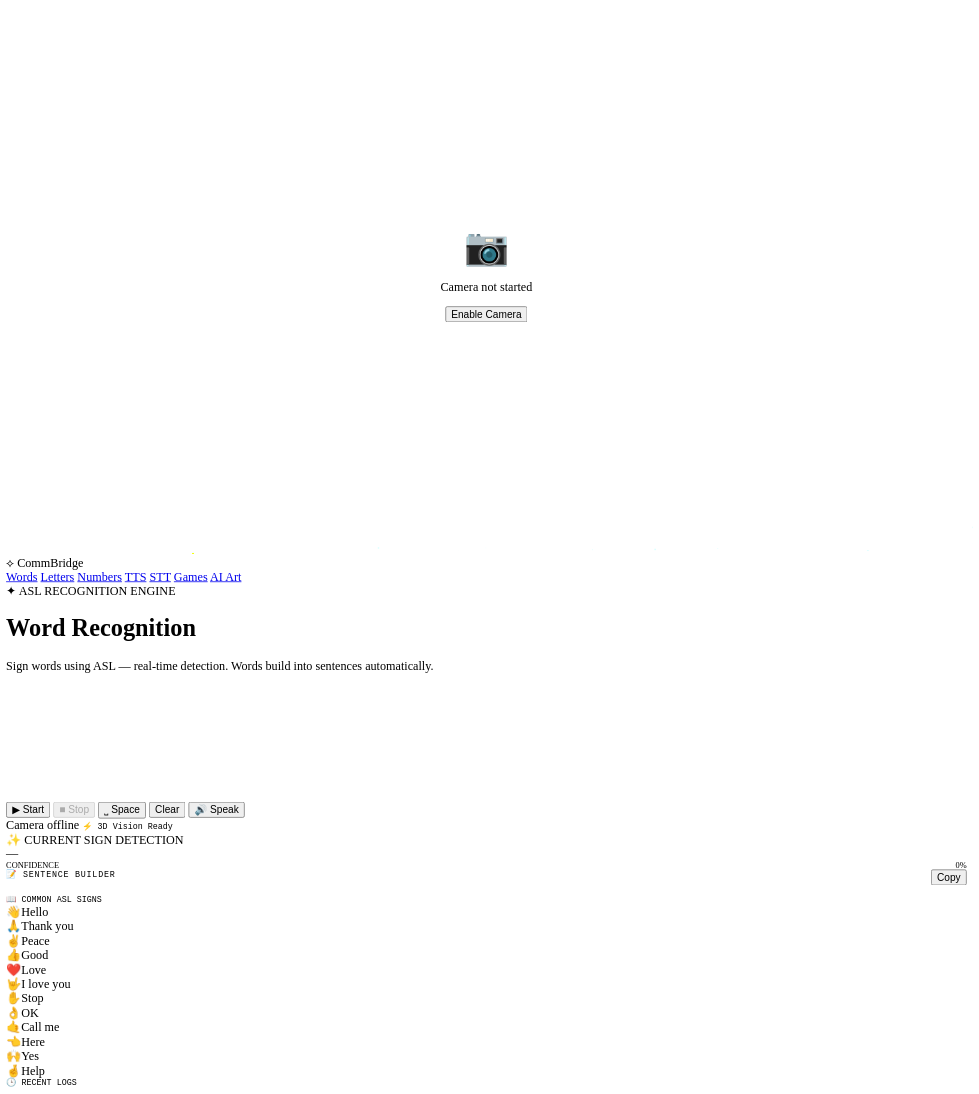
Repository: AI-Devsara01/-Real-Time-Multimodal-Communication-Platform-for-Speech-and-Hearing-Impaired-Individuals
Page: http://localhost/word_recog
These files come from the project's save history. The page is drawn as it stood at one moment and after the next save; the edit follows.
The browser window is 1280 px wide. The page is 1288 px wide, so the pictures cover 1288 px, including what lies to the right of the window. The pictures show the whole page, at 76% of full size.
Some web fonts or font styles are not loaded; a fallback is used. The page is served by the project's application, run on Flask 3 (app.py).

Above is the page before, as saved 2026-04-21 09:29:17.

### templates/word_recog.html
<!DOCTYPE html>
<html lang="en">
<head>
<meta charset="UTF-8">
<meta name="viewport" content="width=device-width, initial-scale=1.0, user-scalable=no">
<title>Word Recognition — CommBridge | 3D Blue/White ASL</title>
<style><link rel="stylesheet" href="/static/base.css"></style>
<!-- Google Fonts & Base Styles -->
<link href="https://fonts.googleapis.com/css2?family=Inter:opsz,wght@14..32,300;14..32,400;14..32,600;14..32,700;14..32,800&family=Space+Mono:wght@400;700&display=swap" rel="stylesheet">

</head>
<body>

<div class="cursor"></div>
<div class="cursor-ring"></div>
<canvas id="bg-canvas-3d"></canvas>

<nav>
  <div class="nav-logo">⟡ CommBridge</div>
  <div class="nav-links">
    <a href="#" class="nav-link active">Words</a>
    <a href="#" class="nav-link">Letters</a>
    <a href="#" class="nav-link">Numbers</a>
    <a href="#" class="nav-link">TTS</a>
    <a href="#" class="nav-link">STT</a>
    <a href="#" class="nav-link">Games</a>
    <a href="#" class="nav-link">AI Art</a>
  </div>
</nav>

<div class="main-layout">
  <div class="page-header">
    <span class="section-label">✦ ASL RECOGNITION ENGINE</span>
    <h1>Word Recognition</h1>
    <p style="color: var(--text-muted); margin-top: 6px;">Sign words using ASL — real-time detection. Words build into sentences automatically.</p>
  </div>

  <div class="detection-layout">
    <!-- Camera Panel -->
    <div class="camera-panel">
      <div class="cam-box">
        <video id="video" autoplay muted playsinline></video>
        <canvas id="overlay-canvas"></canvas>
        <div id="no-cam" style="position:absolute; inset:0; display:flex; flex-direction:column; align-items:center; justify-content:center; background:rgba(255,255,255,0.9); backdrop-filter:blur(4px); border-radius:32px;">
          <div style="font-size:48px">📷</div>
          <p style="color:var(--text-muted);">Camera not started</p>
          <button class="btn btn-primary" onclick="startCam()">Enable Camera</button>
        </div>
      </div>
      <div class="cam-controls">
        <button class="btn btn-primary" id="start-btn" onclick="startCam()">▶ Start</button>
        <button class="btn btn-secondary" id="stop-btn" onclick="stopCam()" disabled>■ Stop</button>
        <button class="btn btn-ghost" onclick="addSpace()">⎵ Space</button>
        <button class="btn btn-ghost" onclick="clearSentence()">Clear</button>
        <button class="btn btn-success" onclick="speakSentence()">🔊 Speak</button>
      </div>
      <div class="status-bar">
        <div class="status-dot" id="status-dot" style="background: #94a3b8;"></div>
        <span id="status-text">Camera offline</span>
        <span style="flex:1"></span>
        <span style="font-family:monospace; font-size:11px;">⚡ 3D Vision Ready</span>
      </div>
    </div>

    <!-- Right Column -->
    <div class="result-panel">
      <div class="detected-word">
        <div class="detected-label">✨ CURRENT SIGN DETECTION</div>
        <div class="detected-value" id="detected-word">—</div>
        <div class="conf-display">
          <div style="display:flex; justify-content:space-between; font-size:11px;">
            <span>CONFIDENCE</span><span id="conf-pct">0%</span>
          </div>
          <div class="conf-bar"><div class="conf-fill" id="conf-fill"></div></div>
        </div>
      </div>

      <div class="sentence-panel">
        <div style="display:flex; justify-content:space-between; margin-bottom:12px;">
          <span style="font-family:monospace; font-size:11px; letter-spacing:1px;">📝 SENTENCE BUILDER</span>
          <button class="btn btn-sm btn-ghost" onclick="copySentence()">Copy</button>
        </div>
        <div class="sentence-output" id="sentence-out"></div>
      </div>

      <div class="asl-ref">
        <div style="font-family:monospace; font-size:11px;">📖 COMMON ASL SIGNS</div>
        <div class="ref-grid" id="ref-grid"></div>
      </div>

      <div class="activity-log">
        <div style="font-family:monospace; font-size:11px;">🕒 RECENT LOGS</div>
        <div id="log-items"></div>
      </div>
    </div>
  </div>
</div>

<script>
  // ---------- 3D Animated Background (Blue/White abstract waves) ----------
  const canvas3d = document.getElementById('bg-canvas-3d');
  let scene, camera, renderer, particles;
  function init3DBg() {
    scene = new THREE.Scene();
    camera = new THREE.PerspectiveCamera(60, window.innerWidth / window.innerHeight, 0.1, 1000);
    camera.position.z = 20;
    renderer = new THREE.WebGLRenderer({ canvas: canvas3d, alpha: true });
    renderer.setSize(window.innerWidth, window.innerHeight);
    renderer.setPixelRatio(window.devicePixelRatio);

    const particleCount = 1800;
    const geometry = new THREE.BufferGeometry();
    const positions = new Float32Array(particleCount * 3);
    for (let i = 0; i < particleCount; i++) {
      positions[i*3] = (Math.random() - 0.5) * 60;
      positions[i*3+1] = (Math.random() - 0.5) * 40;
      positions[i*3+2] = (Math.random() - 0.5) * 30 - 15;
    }
    geometry.setAttribute('position', new THREE.BufferAttribute(positions, 3));
    const material = new THREE.PointsMaterial({
      color: 0x3b82f6,
      size: 0.12,
      transparent: true,
      opacity: 0.5,
      blending: THREE.AdditiveBlending
    });
    particles = new THREE.Points(geometry, material);
    scene.add(particles);

    const secondLayer = new THREE.Points(
      new THREE.BufferGeometry(),
      new THREE.PointsMaterial({ color: 0x60a5fa, size: 0.08, transparent: true, opacity: 0.4, blending: THREE.AdditiveBlending })
    );
    const pos2 = new Float32Array(1200 * 3);
    for (let i=0;i<1200;i++) {
      pos2[i*3] = (Math.random() - 0.5) * 80;
      pos2[i*3+1] = (Math.random() - 0.5) * 50;
      pos2[i*3+2] = (Math.random() - 0.5) * 40;
    }
    secondLayer.geometry.setAttribute('position', new THREE.BufferAttribute(pos2, 3));
    scene.add(secondLayer);

    const ambient = new THREE.AmbientLight(0xffffff);
    scene.add(ambient);
    let time = 0;
    function animate() {
      requestAnimationFrame(animate);
      time += 0.003;
      particles.rotation.y = time * 0.2;
      particles.rotation.x = Math.sin(time * 0.1) * 0.1;
      secondLayer.rotation.z = time * 0.15;
      secondLayer.rotation.x = time * 0.1;
      renderer.render(scene, camera);
    }
    animate();
    window.addEventListener('resize', () => {
      camera.aspect = window.innerWidth / window.innerHeight;
      camera.updateProjectionMatrix();
      renderer.setSize(window.innerWidth, window.innerHeight);
    });
  }
  if (typeof THREE !== 'undefined') init3DBg(); else {
    const script = document.createElement('script');
    script.src = 'https://cdnjs.cloudflare.com/ajax/libs/three.js/r128/three.min.js';
    script.onload = init3DBg;
    document.head.appendChild(script);
  }

  // ----- Cursor effect -----
  const cursorDot = document.querySelector('.cursor');
  const cursorRing = document.querySelector('.cursor-ring');
  document.addEventListener('mousemove', (e) => {
    cursorDot.style.transform = `translate(${e.clientX}px, ${e.clientY}px)`;
    cursorRing.style.transform = `translate(${e.clientX}px, ${e.clientY}px)`;
  });
  document.addEventListener('mousedown', () => { cursorRing.style.width = '20px'; cursorRing.style.height = '20px'; });
  document.addEventListener('mouseup', () => { cursorRing.style.width = '40px'; cursorRing.style.height = '40px'; });

  // ---------- ASL Reference ----------
  const ASL_WORDS = [
    { emoji: '👋', label: 'Hello' }, { emoji: '🙏', label: 'Thank you' }, { emoji: '✌️', label: 'Peace' },
    { emoji: '👍', label: 'Good' }, { emoji: '❤️', label: 'Love' }, { emoji: '🤟', label: 'I love you' },
    { emoji: '✋', label: 'Stop' }, { emoji: '👌', label: 'OK' }, { emoji: '🤙', label: 'Call me' },
    { emoji: '👈', label: 'Here' }, { emoji: '🙌', label: 'Yes' }, { emoji: '🤞', label: 'Help' }
  ];
  const refGrid = document.getElementById('ref-grid');
  ASL_WORDS.forEach(w => {
    refGrid.innerHTML += `<div class="ref-item"><span class="ref-emoji">${w.emoji}</span>${w.label}</div>`;
  });

  // ---------- Webcam & Detection State ----------
  let stream = null;
  let detecting = false;
  let sentence = '';
  let detectionInterval = null;
  const video = document.getElementById('video');
  const noCamDiv = document.getElementById('no-cam');
  const startBtn = document.getElementById('start-btn');
  const stopBtn = document.getElementById('stop-btn');
  const statusDot = document.getElementById('status-dot');
  const statusText = document.getElementById('status-text');

  // Toast helper (simple)
  const Toast = { info: (msg) => alert(msg), success: (msg) => console.log(msg) };

  async function startWebcam() {
    try {
      const mediaStream = await navigator.mediaDevices.getUserMedia({ video: true });
      video.srcObject = mediaStream;
      stream = mediaStream;
      await video.play();
      return true;
    } catch(err) {
      console.warn(err);
      Toast.info('Camera access denied or error');
      return false;
    }
  }

  async function startCam() {
    const ok = await startWebcam();
    if (!ok) return;
    noCamDiv.style.display = 'none';
    startBtn.disabled = true;
    stopBtn.disabled = false;
    statusDot.style.background = '#10b981';
    statusDot.style.boxShadow = '0 0 10px #10b981';
    statusText.textContent = 'Detecting...';
    detecting = true;
    startDetectionLoop();
  }

  function stopCam() {
    if (stream) {
      stream.getTracks().forEach(track => track.stop());
      stream = null;
    }
    detecting = false;
    if (detectionInterval) clearInterval(detectionInterval);
    video.srcObject = null;
    noCamDiv.style.display = 'flex';
    startBtn.disabled = false;
    stopBtn.disabled = true;
    statusDot.style.background = '#94a3b8';
    statusDot.style.boxShadow = 'none';
    statusText.textContent = 'Camera offline';
  }

  // smart mock detection (with realistic confidence)
  const DEMO_WORDS = ['Hello', 'Thank you', 'Love', 'Good', 'Yes', 'Help', 'Please', 'Sorry', 'Peace', 'Stop'];
  let lastWordDetected = '';
  let lastDetectionTimestamp = 0;

  function simulateDetection() {
    if (!detecting) return;
    const word = DEMO_WORDS[Math.floor(Math.random() * DEMO_WORDS.length)];
    const conf = 0.68 + Math.random() * 0.28;
    updateDetectionUI({ word, confidence: conf, detected: true });
  }

  // Real endpoint or mock
  async function captureAndDetect() {
    if (!video.videoWidth || !detecting) return;
    const canvas = document.createElement('canvas');
    canvas.width = video.videoWidth;
    canvas.height = video.videoHeight;
    const ctx = canvas.getContext('2d');
    ctx.drawImage(video, 0, 0, canvas.width, canvas.height);
    const blob = await new Promise(r => canvas.toBlob(r, 'image/jpeg', 0.8));
    const fd = new FormData();
    fd.append('frame', blob, 'frame.jpg');
    try {
      const res = await fetch('/api/word-recognition', { method: 'POST', body: fd });
      if (res.ok) {
        const data = await res.json();
        updateDetectionUI(data);
        return;
      } else throw new Error();
    } catch(e) {
      simulateDetection();
    }
  }

  function updateDetectionUI(data) {
    if (!data.detected && !data.word) return;
    let word = data.word || '—';
    let conf = data.confidence || 0;
    if (word === '—') return;
    document.getElementById('detected-word').textContent = word;
    document.getElementById('conf-pct').textContent = `${Math.round(conf * 100)}%`;
    const fillEl = document.getElementById('conf-fill');
    fillEl.style.width = `${conf * 100}%`;
    // add to sentence with debounce (1.2s cooldown)
    const now = Date.now();
    if (word !== '—' && word !== lastWordDetected && (now - lastDetectionTimestamp > 1200)) {
      sentence += (sentence ? ' ' : '') + word;
      document.getElementById('sentence-out').textContent = sentence;
      lastWordDetected = word;
      lastDetectionTimestamp = now;
      addLogEntry(word, conf);
    }
  }

  function addLogEntry(word, confidence) {
    const logContainer = document.getElementById('log-items');
    const timeStr = new Date().toLocaleTimeString([], { hour: '2-digit', minute:'2-digit', second:'2-digit' });
    let badgeClass = 'badge-accent';
    if (confidence > 0.85) badgeClass = 'badge-success';
    else if (confidence < 0.65) badgeClass = 'badge-warn';
    const logHtml = `<div class="log-item">
      <span class="log-time" style="font-family:monospace; font-size:10px;">${timeStr}</span>
      <span style="flex:1; font-weight:500;">${word}</span>
      <span class="badge ${badgeClass}">${Math.round(confidence*100)}%</span>
    </div>`;
    logContainer.insertAdjacentHTML('afterbegin', logHtml);
    if (logContainer.children.length > 18) logContainer.removeChild(logContainer.lastChild);
  }

  function startDetectionLoop() {
    if (detectionInterval) clearInterval(detectionInterval);
    detectionInterval = setInterval(() => {
      if (detecting && video.videoWidth > 0) {
        captureAndDetect();
      } else if (detecting && !video.videoWidth) {
        // still waiting for cam frames
      }
    }, 980);
  }

  function addSpace() { sentence += ' '; document.getElementById('sentence-out').textContent = sentence; }
  function clearSentence() { sentence = ''; document.getElementById('sentence-out').textContent = ''; lastWordDetected = ''; }
  function speakSentence() { if (sentence.trim()) { const utter = new SpeechSynthesisUtterance(sentence); speechSynthesis.speak(utter); Toast.success('🔊 Speaking sentence'); } else Toast.info('No sentence yet'); }
  function copySentence() { const text = document.getElementById('sentence-out').innerText; if(text) { navigator.clipboard.writeText(text); Toast.success('Copied!'); } }

  window.startCam = startCam;
  window.stopCam = stopCam;
  window.addSpace = addSpace;
  window.clearSentence = clearSentence;
  window.speakSentence = speakSentence;
  window.copySentence = copySentence;

  // init overlay canvas dummy
  const overlay = document.getElementById('overlay-canvas');
  if(overlay) overlay.getContext('2d');
</script>
</body>
</html>

Loaded but not shown: users.json (1 lines, source omitted); app.py (457 lines, source omitted)

After the next save:
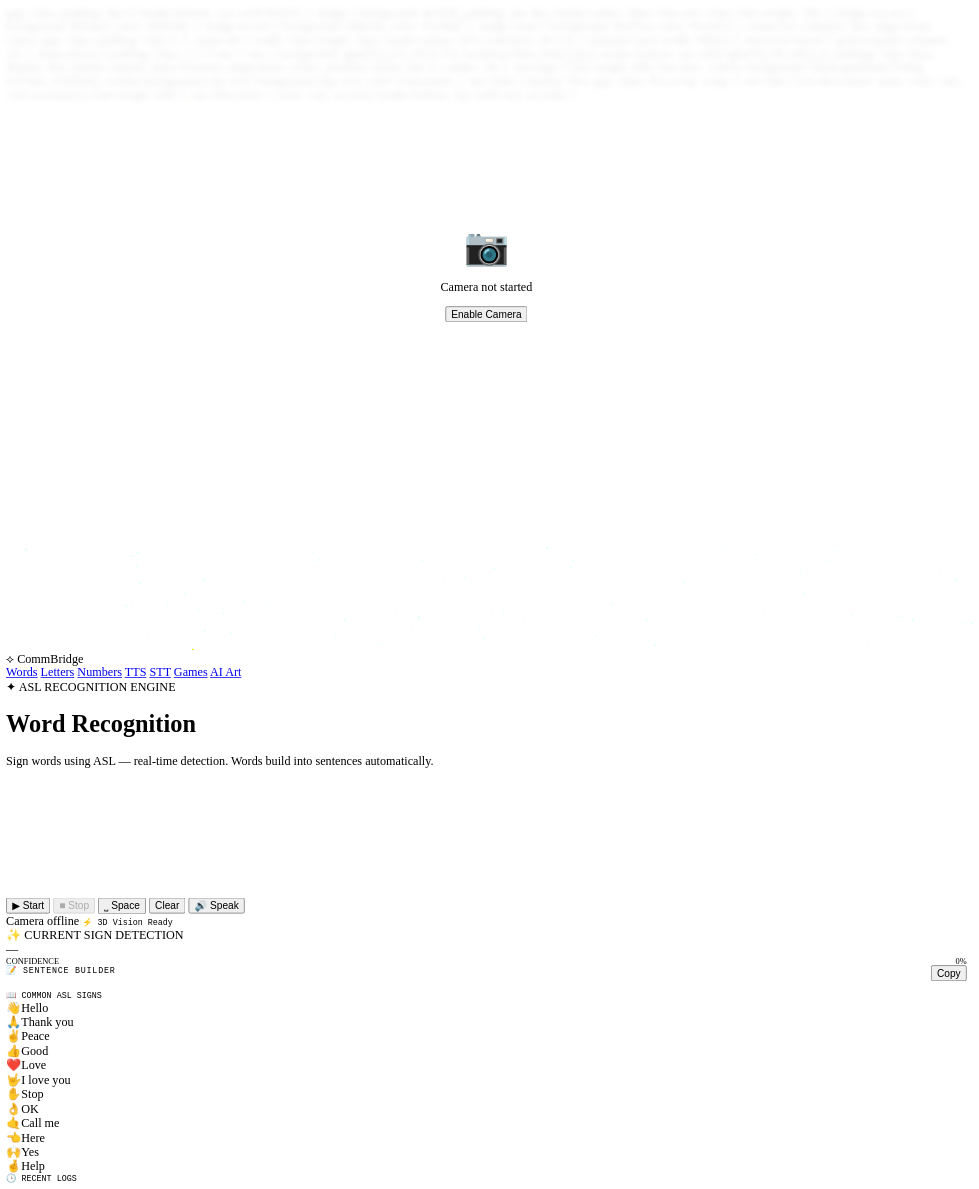
Saved 17 s later.
--- a/templates/word_recog.html
+++ b/templates/word_recog.html
@@ -4,10 +4,76 @@
 <meta charset="UTF-8">
 <meta name="viewport" content="width=device-width, initial-scale=1.0, user-scalable=no">
 <title>Word Recognition — CommBridge | 3D Blue/White ASL</title>
-<style><link rel="stylesheet" href="/static/base.css"></style>
+
 <!-- Google Fonts & Base Styles -->
 <link href="https://fonts.googleapis.com/css2?family=Inter:opsz,wght@14..32,300;14..32,400;14..32,600;14..32,700;14..32,800&family=Space+Mono:wght@400;700&display=swap" rel="stylesheet">
 
+    gap: 12px;
+    padding: 8px 0;
+    border-bottom: 1px solid #eef2ff;
+  }
+  .badge {
+    background: #eef2ff;
+    padding: 2px 8px;
+    border-radius: 30px;
+    font-size: 10px;
+    font-weight: 700;
+  }
+  .badge-success { background: #d1fae5; color: #065f46; }
+  .badge-accent { background: #dbeafe; color: #1e40af; }
+  .badge-warn { background: #fed7aa; color: #9a3412; }
+
+  .status-bar {
+    display: flex;
+    align-items: center;
+    gap: 10px;
+    padding: 10px 0;
+  }
+  .status-dot {
+    width: 10px;
+    height: 10px;
+    border-radius: 50%;
+    transition: all 0.2s;
+  }
+
+  @media (max-width: 900px) {
+    .detection-layout { grid-template-columns: 1fr; }
+    .main-layout { padding: 20px; }
+  }
+
+  /* nav */
+  nav {
+    background: rgba(255,255,255,0.75);
+    backdrop-filter: blur(12px);
+    border-bottom: 1px solid rgba(59,130,246,0.2);
+    padding: 16px 32px;
+    display: flex;
+    justify-content: space-between;
+    align-items: center;
+    position: sticky;
+    top: 0;
+    z-index: 10;
+  }
+  .nav-logo {
+    font-weight: 800;
+    font-size: 1.4rem;
+    background: linear-gradient(135deg, #1e3a8a, #3b82f6);
+    -webkit-background-clip: text;
+    background-clip: text;
+    color: transparent;
+  }
+  .nav-links {
+    display: flex;
+    gap: 20px;
+    flex-wrap: wrap;
+  }
+  .nav-link {
+    text-decoration: none;
+    color: var(--text-secondary);
+    font-weight: 500;
+  }
+  .nav-link.active { color: var(--accent); border-bottom: 2px solid var(--accent); }
+</style>
 </head>
 <body>
 
